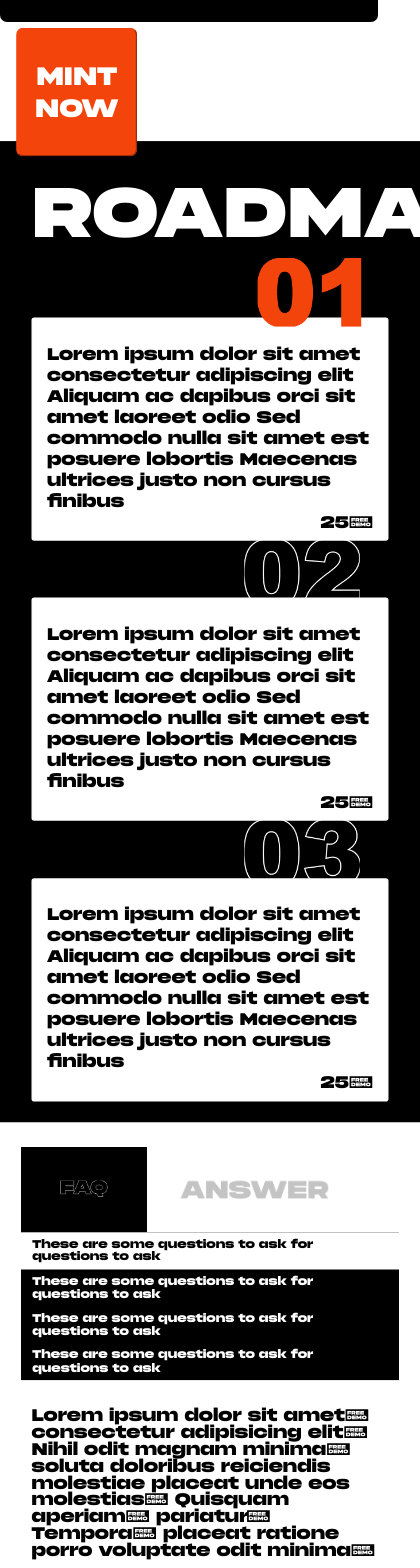
Repository: danishmahmoodawan/Sneakpeak
Page: /
The author's editor kept a copy of each file at every save. The page is drawn from the files as they stood at one save, then again after a run of saves.
The browser window is 600 px wide. The pictures show the part of the page from y = 591 to 2831 px (the page is 3600 px tall before and 3516 px after), at 70% of full size.
The project was rebuilt for these pictures with package versions that can differ from the ones it lists, and the page was loaded fresh each time.

Above is the page before, as saved 2022-02-28 22:21:56.

After the next 2 saves:
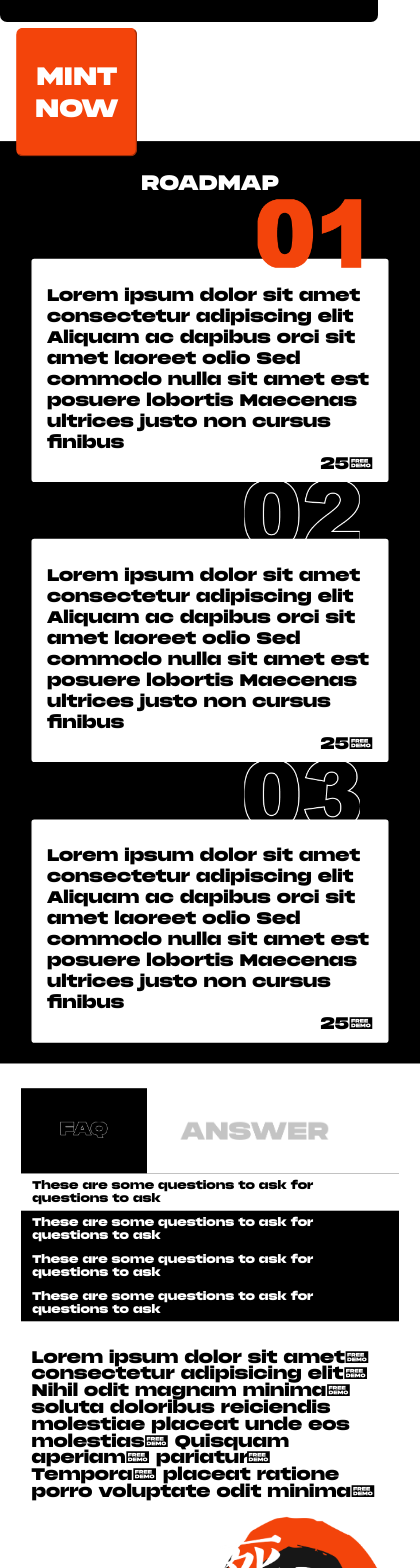
The 2 saves are shown as one change because they came seconds apart.
The last was saved 50 s later.
--- a/public/assets/css/style.css
+++ b/public/assets/css/style.css
@@ -410,7 +410,9 @@ color: black;
     font-size: 36px;
     line-height: 42px;
   }
-
+  .third_row h1{
+    font-size: 30px;
+  }
   .first_section {
     background-size: contain;
     height: 160px;
